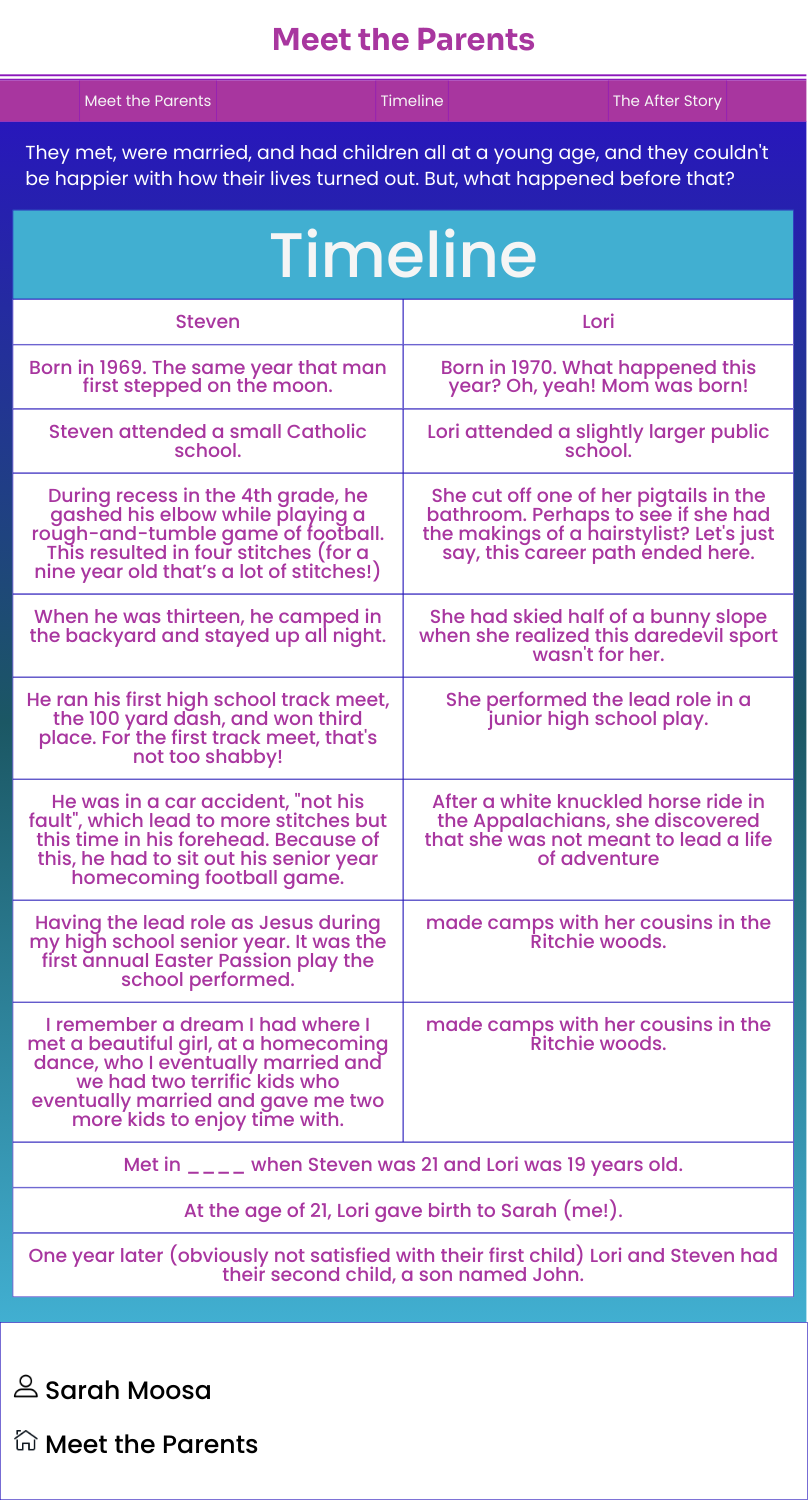
Repository: Sbethm/parents-tribute
Page: timeline.html
The author's editor kept a copy of each file at every save. The page is drawn from the files as they stood at one save, then again after a run of saves.
The browser window is 1280 px wide. The page is 1282 px wide, so the pictures cover 1282 px, including what lies to the right of the window. The pictures show the whole page, at 63% of full size.

Above is the page before, as saved 2021-02-11 17:29:47.

After the next 2 saves:
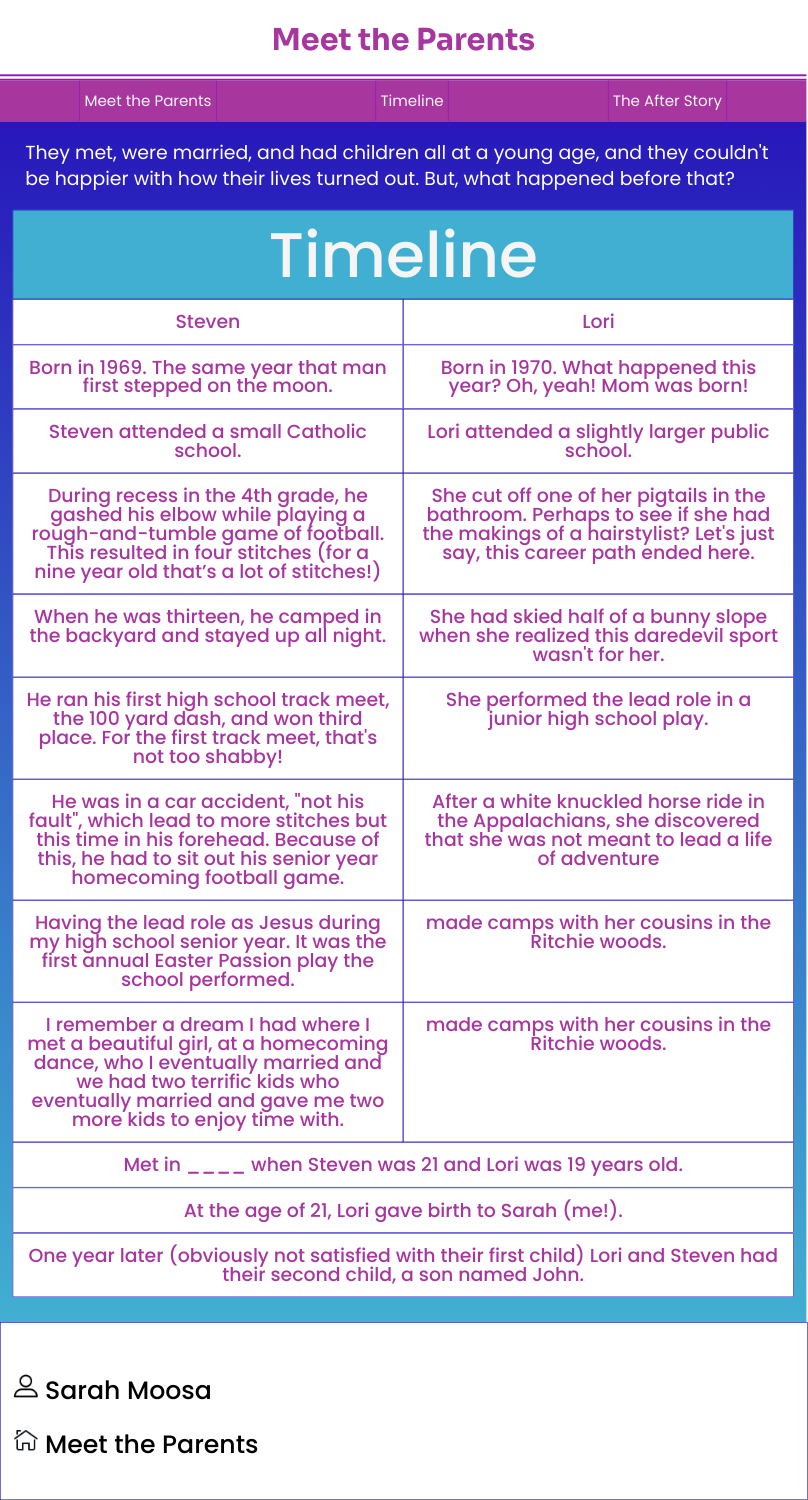
The 2 saves are shown as one change because they came seconds apart.
The last was saved 35 s later.
--- a/style.css
+++ b/style.css
@@ -343,7 +343,7 @@ footer {
 @media screen and (min-width: 700px) and (max-width: 1500px) {
 
     main {
-        background-image: linear-gradient(180deg, rgb(40, 23, 187), rgb(27, 87, 100), rgb(65, 175, 209));
+        background-image: linear-gradient(180deg, rgb(40, 23, 187), rgb(65, 175, 209));
     }
 
     a {
